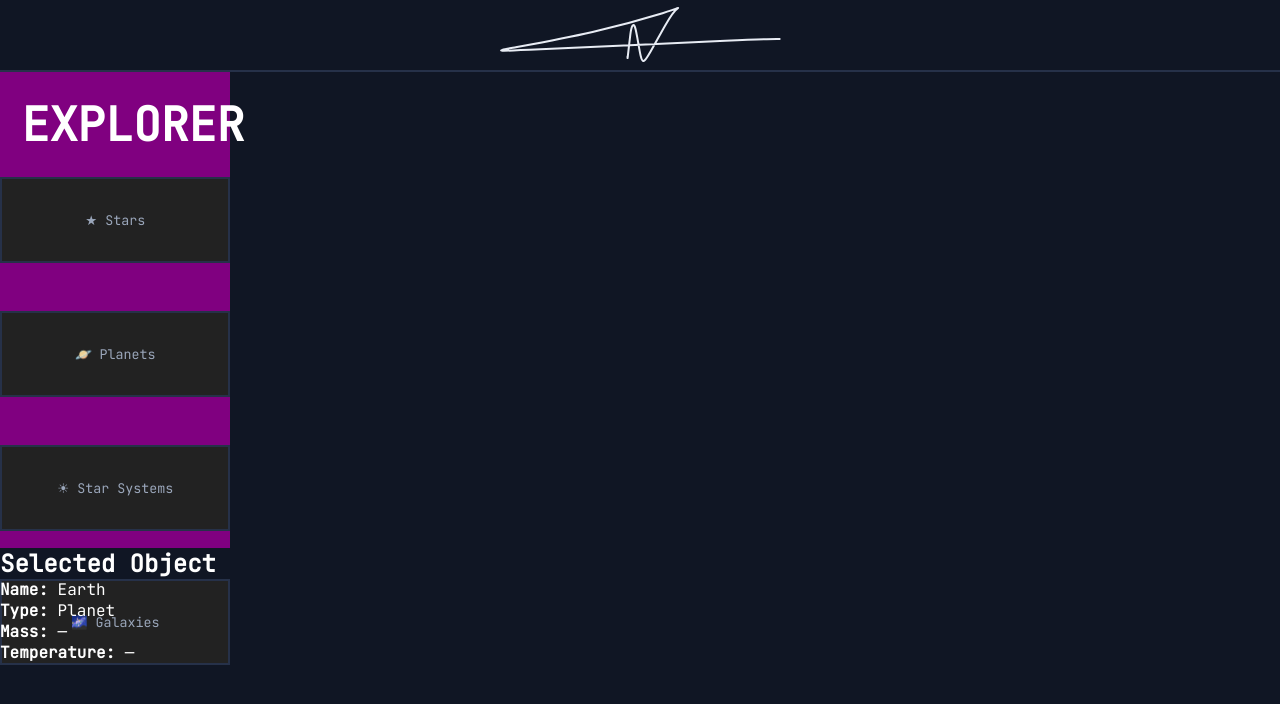
Repository: nico-madruga/Universe
Page: front-end/html/index.html
An editor plug-in stored every save of this project. The page is shown before and after the next save, followed by the edit.
The browser window is 1280 px wide. The pictures show the whole page.

Above is the page before, as saved 2026-09-28 16:55:55.

### front-end/html/index.html
<!DOCTYPE html>
<html lang="en">
<head>
    <meta charset="UTF-8">
    <meta name="viewport" content="width=device-width, initial-scale=1.0">
    <link href='https://fonts.googleapis.com/css?family=JetBrains Mono' rel='stylesheet'>
    <link rel="stylesheet" href="../css/style.css">
    <title>Universe</title>

    <link rel="stylesheet" href="../css/style.css">
</head>

<body>

    <header>
        <img src="/front-end/imgs/Vector 1.svg">
    </header>


    <main class="layout">

        <aside class="sidebar">

            <h2>EXPLORER</h2>

            <nav>
                <button class="standard_button">★ Stars</button>
                <button class="standard_button">🪐 Planets</button>
                <button class="standard_button">☀ Star Systems</button>
                <button class="standard_button">🌌 Galaxies</button>
            </nav>

        </aside>


        <section class="content">

            <section class="space">

                <div class="star star-1"></div>
                <div class="star star-2"></div>
                <div class="star star-3"></div>

                <div class="planet"></div>

            </section>


            <section class="object-info">

                <h2>Selected Object</h2>

                <div class="info-grid">

                    <p>
                        <strong>Name:</strong>
                        Earth
                    </p>

                    <p>
                        <strong>Type:</strong>
                        Planet
                    </p>

                    <p>
                        <strong>Mass:</strong>
                        —
                    </p>

                    <p>
                        <strong>Temperature:</strong>
                        —
                    </p>

                </div>

            </section>

        </section>

    </main>

</body>
</html>

### front-end/css/style.css
:root
{
    --background-color: #101624;
    --planet-background-color: #080B14;
    --button-color: #222222;
    --panels-color: #101624;
    --panel-borders-color: #263149;
    --main-text-color: #E8ECF4;
    --secondary-text-color: #9AA6BA;
    --primary-accent-color: #4CC9F0;
    --secondary-accent-color: #8B7CFF;
    --highlight-color: #A9E8FF;
}

*
{
 padding: 0;
 margin: 0;
 color: white;
 font-family: 'JetBrains Mono';
}

header
{
    display: flex;
    padding: 1vh 0;
    background-color: var(--background-color);
    flex-direction: row-reverse;
    justify-content: space-evenly;
    border-bottom: 2px solid var(--panel-borders-color);
}

header input
{
    align-self: center;
    height: 2rem;
}

body
{
    background-color: var(--background-color);
}

.layout .sidebar
{
    display: flex;
    flex-direction: column;
    text-align: center;
    width: 18vw;
    height: 66vh;
    background-color: purple;
}

.sidebar h2
{
    padding: 3vh;
    font-size: 2.9rem;
    font-style: normal;
}

.sidebar nav
{
    display: flex;
    flex-direction: column;
    gap: 48px;
}

.standard_button
{
    padding: 2rem;
    background-color: var(--button-color);
    border-color: var(--panel-borders-color);
    border-style: solid;
    color: var(--secondary-text-color);
}

After the next save:
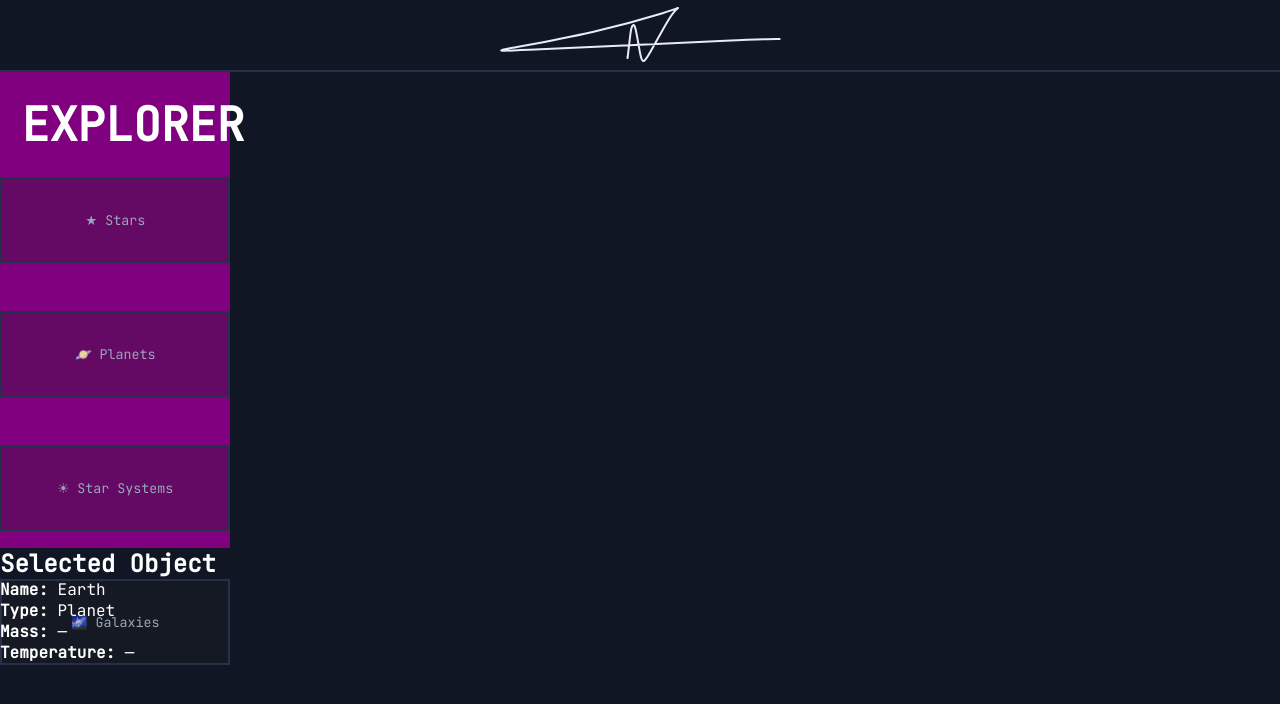
Saved 53 s later.
--- a/front-end/css/style.css
+++ b/front-end/css/style.css
@@ -2,7 +2,7 @@
 {
     --background-color: #101624;
     --planet-background-color: #080B14;
-    --button-color: #222222;
+    --button-color: #2222224D;
     --panels-color: #101624;
     --panel-borders-color: #263149;
     --main-text-color: #E8ECF4;
